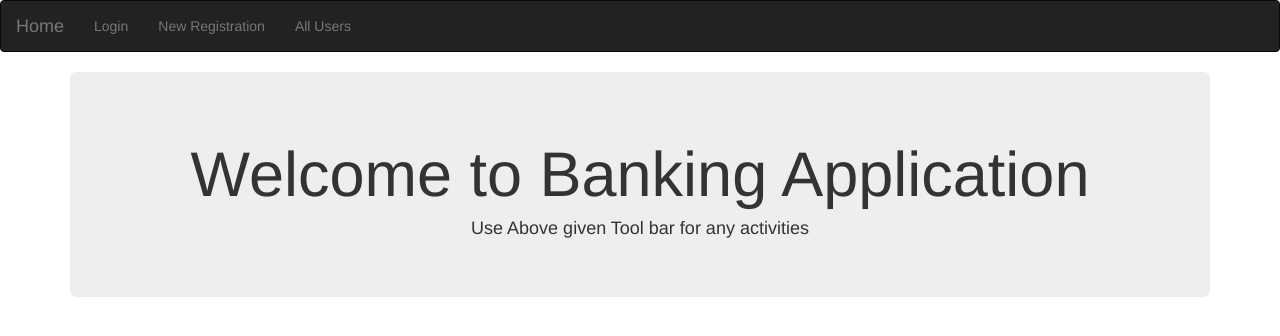
Repository: balajisaiveer/first
Page: http://localhost/Myapplication/WEB-INF/view/homepage.jsp
These files come from the project's save history. The page is drawn as it stood at one moment and after the next save; the edit follows.
The browser window is 1280 px wide. The pictures show the whole page.
The page is served by Tomcat 9. Nobody is signed in. The template is opened directly, without the code that normally fills it, so the values that code supplies are empty.

Above is the page before, as saved 2018-07-10 06:21:51.

After the next save:
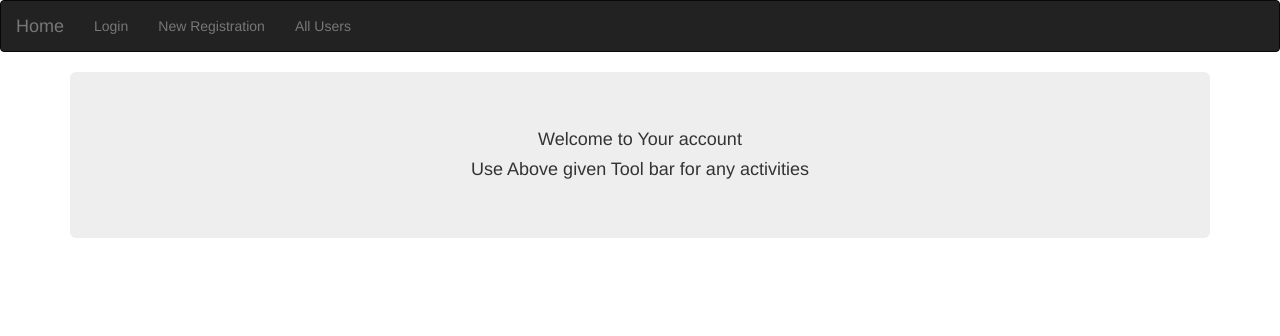
Saved 26 s later.
--- a/workspace-sts-3.9.5.RELEASE/Myapplication/src/main/webapp/WEB-INF/view/homepage.jsp
+++ b/workspace-sts-3.9.5.RELEASE/Myapplication/src/main/webapp/WEB-INF/view/homepage.jsp
@@ -31,7 +31,7 @@
 	</div>
 	<div class="container" id="homediv">
 		<div class="jumbotron text-center">
-		<h1>Welcome to Banking Application</h1>
+		<h4>Welcome to Your account</h4>
 		<h4>Use Above given Tool bar for any activities</h4>
 		</div>
 	</div>
